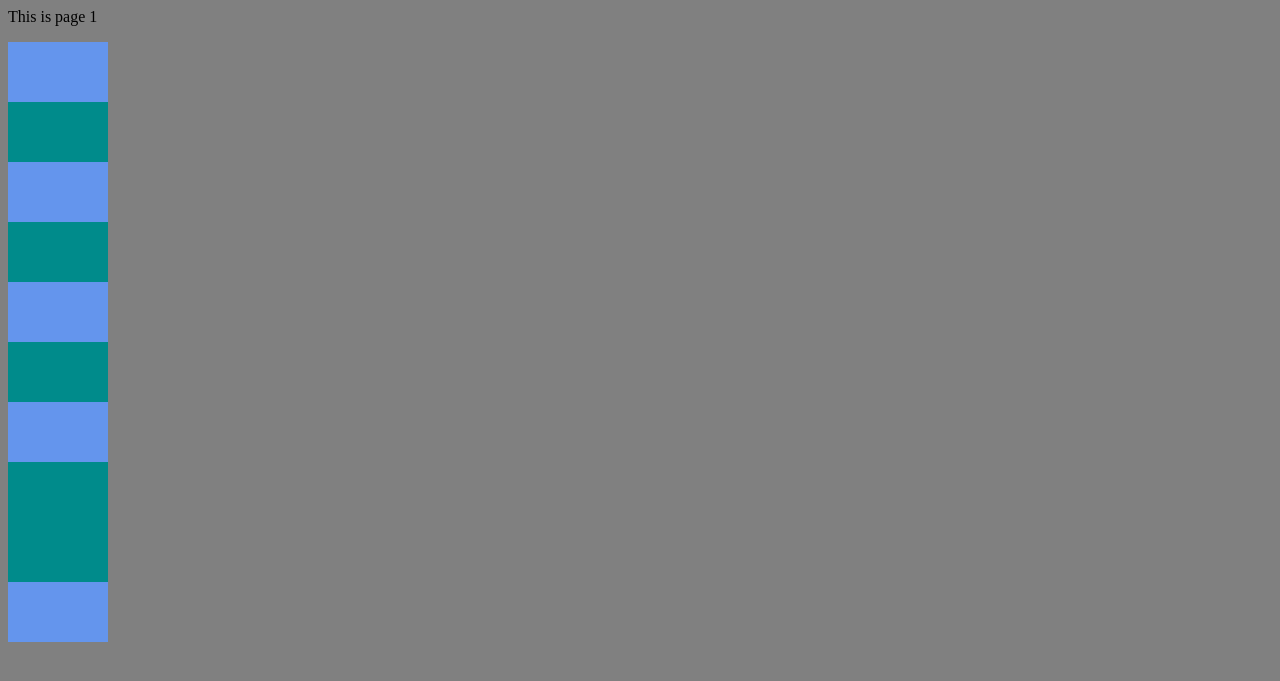
Repository: hanj291/hanj291.github.io
Page: page1.html
The author's editor kept a record of every edit. The page is drawn from the files as they stood at one moment, then again after the next edit.
The browser window is 1280 px wide. The pictures show the whole page.

Above is the page before.

After the next edit:
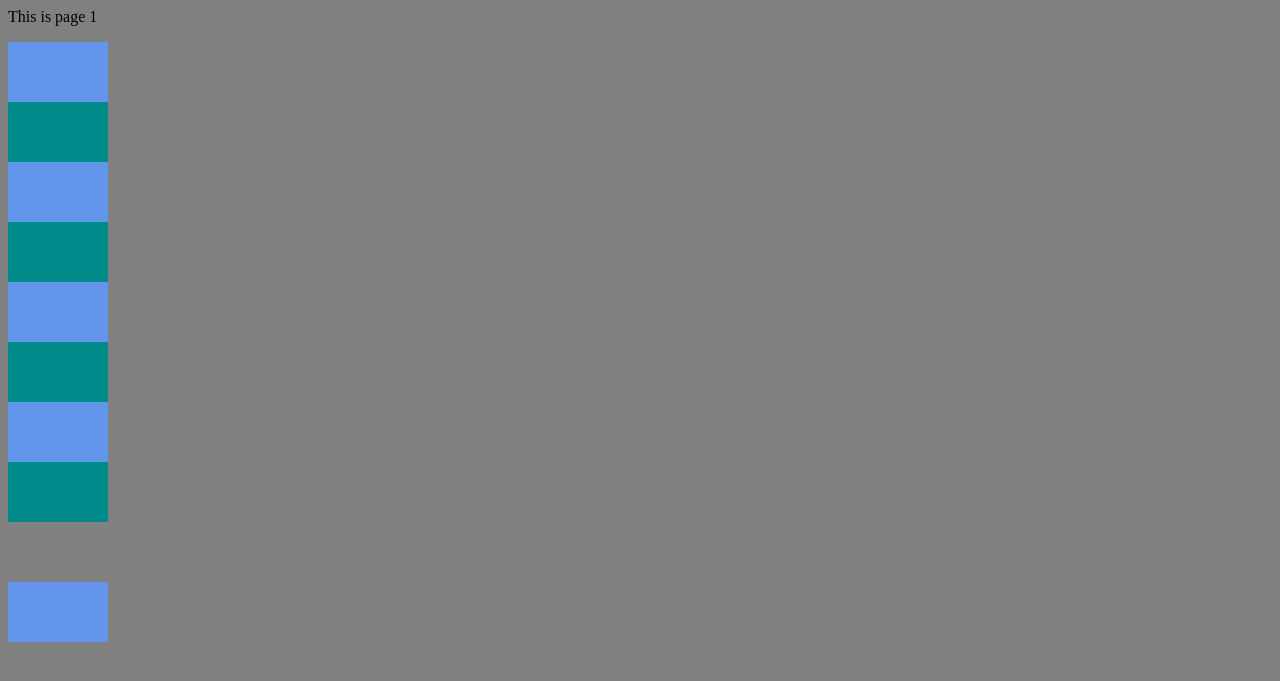
The edit:
--- a/page1css.css
+++ b/page1css.css
@@ -85,7 +85,7 @@
 .ten {
     width: 100px;
     height: 60px;
-    background-color: #008B8B;
+    background-color: #;
     position: relative;
 }
 .ten:hover {
